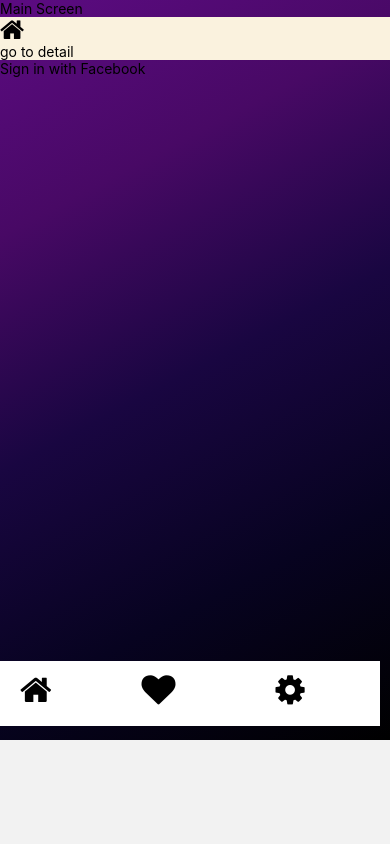
Repository: eyebone/barManager
Screen: /Main
An editor plug-in stored every save of this project. The screen is shown before and after the next save, followed by the edit.
The app was drawn by React Native's web renderer in a window 390 px wide. The project was rebuilt for these pictures with package versions that can differ from the ones it lists, and the page was loaded fresh each time. Also part of the build but not shown: components/EmojiPicker.js, components/Button.js, components/ImageViewer.js, components/circleButton.js, components/IconButton.js, view/ViewOne.js, view/Sign.js.

Above is the screen before, as saved 2023-06-27 09:06:03.

After the next save:
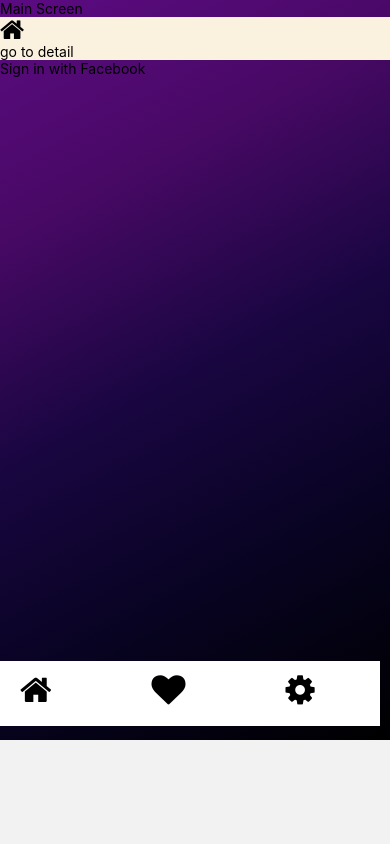
Saved 4 s later.
--- a/components/NavigationBar.js
+++ b/components/NavigationBar.js
@@ -34,7 +34,7 @@ export function NavigationBar({ navigation }) {
         <FontAwesome
           name="heart"
           size={34}
-          style={{ marginLeft: 90, marginTop: 12 }}
+          style={{ marginLeft: 100, marginTop: 12 }}
         ></FontAwesome>
       </Pressable>
       {/* <CircleButton /> */}
